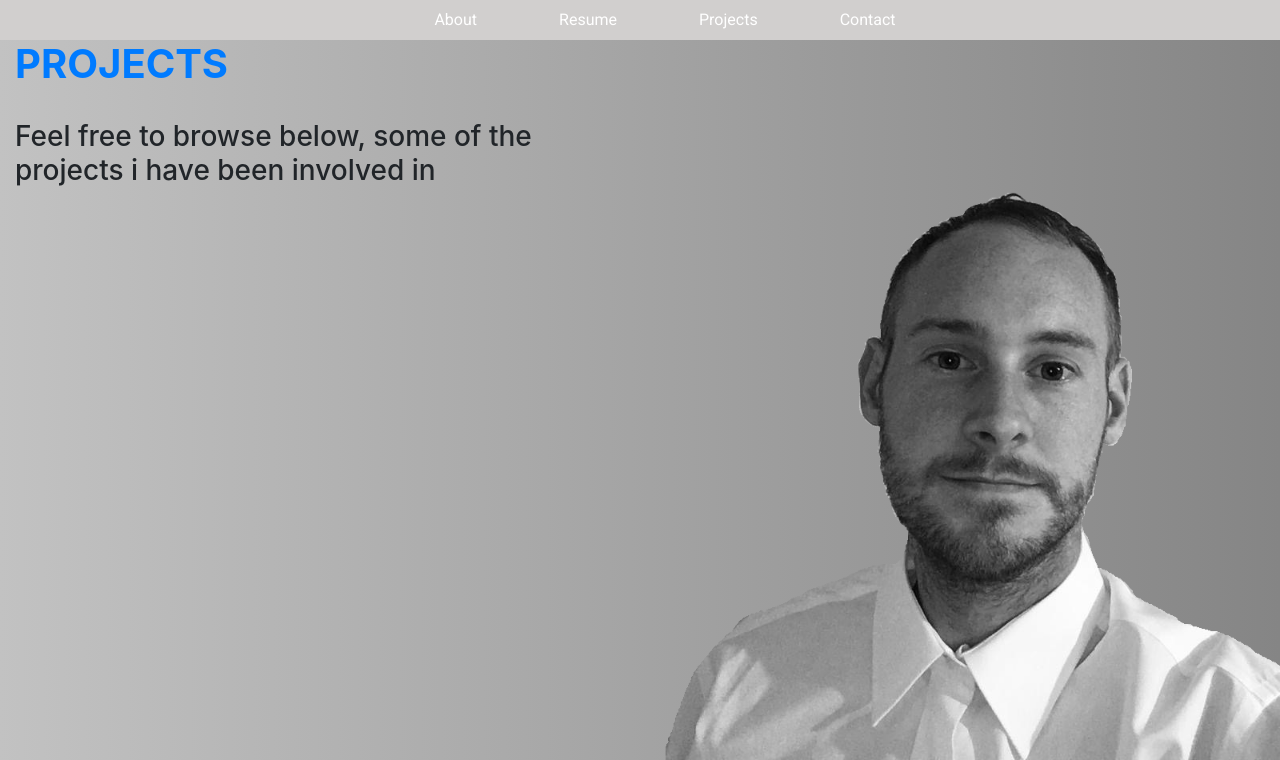
Repository: Code-Institute-Submissions/collyd21-milestone1
Page: contact.html
The author's editor kept a record of every edit. The page is drawn from the files as they stood at one moment, then again after the next edit.
The browser window is 1280 px wide. The pictures show the whole page.
Some web libraries are served in a nearby version.

Above is the page before.

### contact.html
<!DOCTYPE html>
<html lang="en">

<head>
    <meta charset="UTF-8">
    <meta name="viewport" content="width=device-width, initial-scale=1.0">
    <meta http-equiv="X-UA-Compatible" content="ie=edge">
    <link rel="stylesheet" href="https://maxcdn.bootstrapcdn.com/bootstrap/4.2.1/css/bootstrap.min.css" type="text/css" />
    <link rel="stylesheet" href="https://stackpath.bootstrapcdn.com/font-awesome/4.7.0/css/font-awesome.min.css" type="text/css" />
    <link href="https://fonts.googleapis.com/css?family=Roboto&display=swap" rel="stylesheet">
    <link rel="stylesheet" href="assets/css/style.css">
    <title>Colm Doyle - Personal Profile</title>
</head>

<body>
    <!------------------------------------------Navbar-------------------------------------->

    <ul class="nav justify-content-center">
        <li class="nav-item">
            <a class="nav-link" href="index.html">About</a>
        </li>
        <li class="nav-item">
            <a class="nav-link" href="resume.html">Resume</a>
        </li>
        <li class="nav-item">
            <a class="nav-link" href="projects.html">Projects</a>
        </li>
        <li class="nav-item">
            <a class="nav-link" href="contact.html">Contact</a>
        </li>
    </ul>

    <!------------------------------------------Header-------------------------------------->

    <header class="jumbotron-fluid" id="main-view">
        <div class="container-fluid no-gutters">
            <div class="row">
                <div class="col-6 heading" id="contact">
                    <h1 class="uppercase-jumbo">Projects</h1>
                    <br>
                    <h3>Feel free to browse below, some of the projects i have been involved in</h3>
                </div>
    </header>

### assets/css/style.css
/*-----------------------------------------------Navbar----------------------------------------*/

.nav {
    background-color: #d1cfce;

}

.nav-link {
    font-family: 'Roboto', sans-serif;
    color: #fff;
    margin-left: 50px;
    background-color: #d1cfce;
}

ul.nav a:hover {
    color: #007bff
}

/*-----------------------------------------------Header/Jumbotron----------------------------------------*/

#main-view {
    background-position: bottom;
    background-image: url('../images/main3.png'), linear-gradient(to right, #c2c2c2 0%, #858585 100%);
    background-size: cover;
    height: 100vh;
    width: 100vw;
    margin-bottom: 0px;
}

#about {
    font-family: 'Roboto', sans-serif;
    top: 250px;
    text-align: center;
}

/*-----------------------------------------------3 Questions----------------------------------------*/

#questions {
    font-family: 'Roboto', sans-serif;
    margin-top: 25px;
    margin-bottom: 25px;
    text-align: center;
}

.question-margin {
    margin-bottom: 25px;
}

.uppercase {
    text-transform: uppercase;
    font-weight: bold;
}

.uppercase-jumbo {
    text-transform: uppercase;
    font-weight: bold;
    color: #007bff
}

#questions i {
    font-size: 30px;
    color: #007bff;
    text-align: center;
    margin-right: 15px;
}


/*-----------------------------------------------Footer----------------------------------------*/

.inline-block {
    display: inline-block;
}

#footer {
    padding-top: 5px;
    font-family: 'Roboto', sans-serif;
    background-color: #525252;
    color: #fff;
    text-align: center;
    position: relative;
}

.cv-pdf i {
    padding-left: 5px;
    font-size: 20px;
}


.social-links li a i {
    font-size: 20px;
}

/*--------------------------------------------Resume Landing--------------------------------- */

#resume {
    font-family: 'Roboto', sans-serif;
    top: 150px;
    text-align: center;
}

/*--------------------------------------------Work History / Education-----------------------------------*/

.top-margin {
    margin-top: 50px;
    margin-left: 50px;
    color: #525252;
    font-weight: bold;
}

.resume {
    text-align: center;
}

.resume h3 {
    color: #007bff;
}

.resume p {
    color: #525252;
    margin-left: 30px;
    margin-right: 30px;
}

.bottom-margin {
    margin-bottom: 50px;
}

.education {
    background-color: #fafafa;
}

After the next edit:
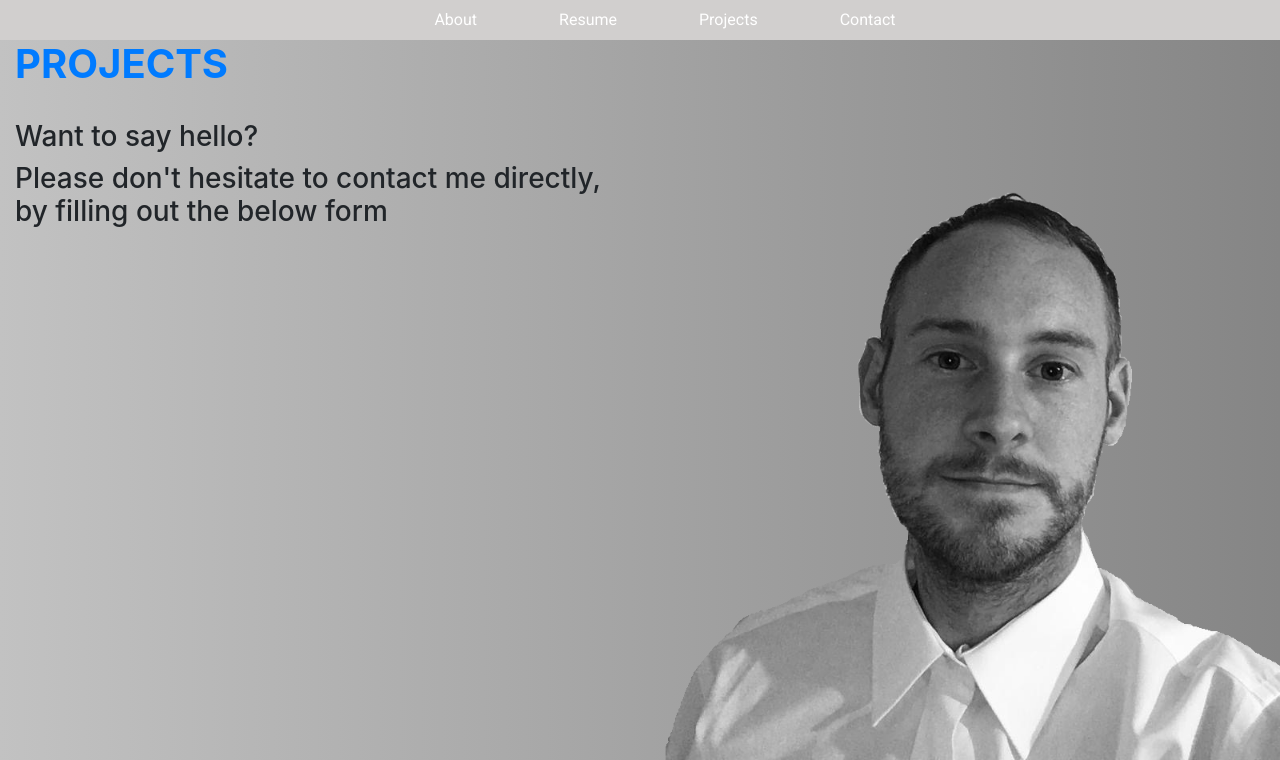
The edit:
--- a/contact.html
+++ b/contact.html
@@ -38,6 +38,7 @@
                 <div class="col-6 heading" id="contact">
                     <h1 class="uppercase-jumbo">Projects</h1>
                     <br>
-                    <h3>Feel free to browse below, some of the projects i have been involved in</h3>
+                    <h3>Want to say hello?</h3>
+                    <h3>Please don't hesitate to contact me directly, by filling out the below form</h3>
                 </div>
     </header>
